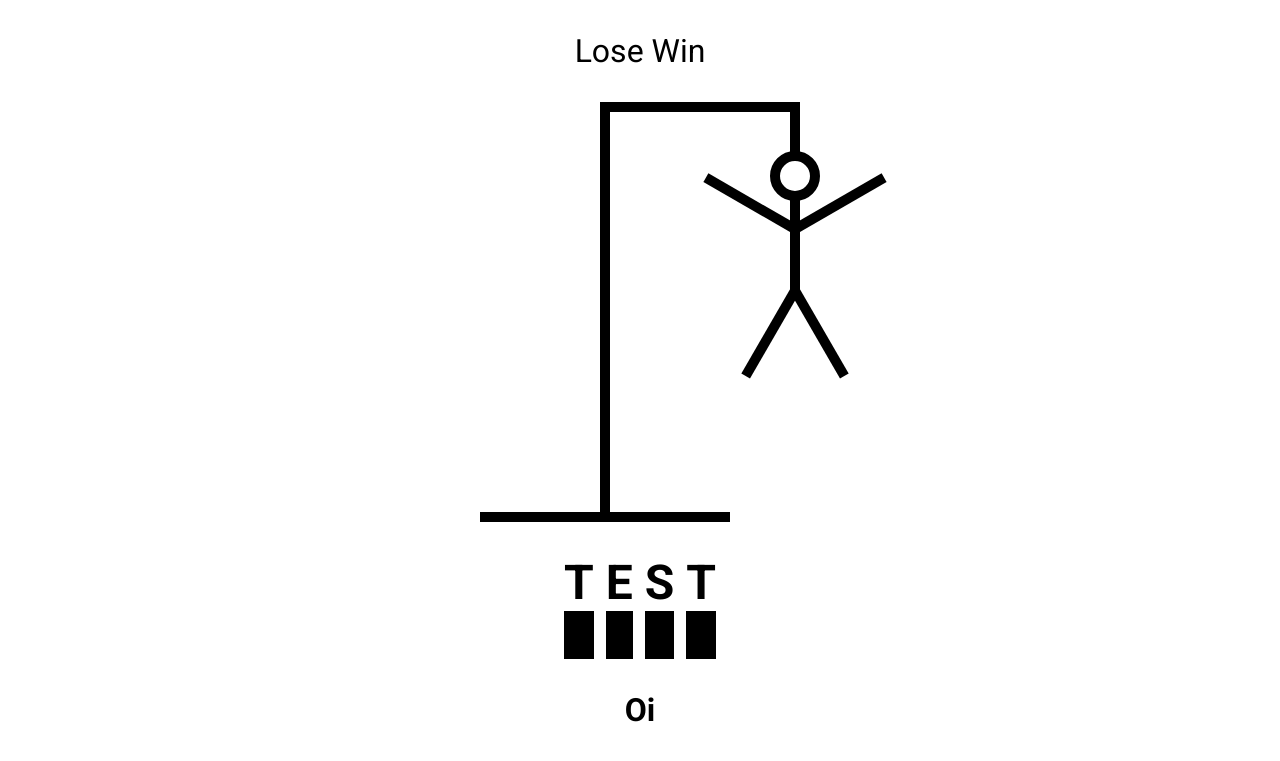
Repository: guilhermecardoso93/jogodaforca
Page: /
An editor plug-in stored every save of this project. The page is shown before and after the next save, followed by the edit.
The browser window is 1280 px wide. The pictures show the whole page.
The project was rebuilt for these pictures with package versions that can differ from the ones it lists, and the page was loaded fresh each time. Also part of the build but not shown: vite.config.ts.

Above is the page before, as saved 2022-12-06 21:13:44.

### index.html
<!DOCTYPE html>
<html lang="en">
  <head>
    <meta charset="UTF-8" />
    <link rel="icon" type="image/svg+xml" href="/vite.svg" />
    <meta name="viewport" content="width=device-width, initial-scale=1.0" />
    <link rel="preconnect" href="https://fonts.googleapis.com"><link
      rel="preconnect" href="https://fonts.gstatic.com" crossorigin><link
      href="https://fonts.googleapis.com/css2?family=Roboto:ital,wght@0,400;0,500;0,700;1,400&display=swap"
      rel="stylesheet">
    <title>Vite + React + TS</title>
  </head>
  <body>
    <div id="root"></div>
    <script type="module" src="/src/main.tsx"></script>
  </body>
</html>

### src/App.tsx
import { useState } from "react";
import words from "./wordList.json";

import { HangmanDrawing } from "./components/HangmanDrawing";
import { HangmanWord } from "./components/HangmanWord";
import { Keyboard } from "./components/Keyboard";

import "./App.css";

export function App() {
  const randomWords = () => {
    return words[Math.floor(Math.random() * words.length)];
  };

  const [wordToGuess, setWordToGuess] = useState(randomWords);
  const [guessedLetters, setGuessedLetters] = useState<string[]>([]);

  console.log(wordToGuess);
  return (
    <div className="container">
      <div className="loseOrWin">Lose Win</div>
      <HangmanDrawing />
      <HangmanWord />
      <Keyboard />
    </div>
  );
}

### src/wordList.json
[
  "capaz",
  "sobre",
  "absoluto",
  "aceitar",
  "conta",
  "alcançar",
  "através",
  "ativo",
  "real",
  "Admitem",
  "anunciar",
  "afetar",
  "proporcionar",
  "depois",
  "tarde",
  "novamente",
  "contra",
  "agente",
  "aceita",
  "permitir",
  "quase",
  "já",
  "tudo bem",
  "também",
  "Apesar",
  "sempre",
  "América",
  "quantia",
  "outro",
  "responda",
  "separado",
  "aparente",
  "aparecer",
  "Aplique",
  "nomear",
  "abordagem",
  "apropriado",
  "área",
  "argumentar",
  "arranjo",
  "associado",
  "presumir",
  "participar",
  "autoridade",
  "acessível",
  "consciente",
  "horrível",
  "bebê",
  "Saldo",
  "bola",
  "banco",
  "base",
  "base",
  "urso",
  "bater",
  "beleza",
  "Porque",
  "antes da",
  "começar",
  "acreditam",
  "beneficiar",
  "melhor",
  "entre",
  "conta",
  "nascimento",
  "Preto",
  "cara",
  "sangue",
  "golpe",
  "limite",
  "linha",
  "Lista",
  "ouço",
  "pequena",
  "viver",
  "carregar",
  "local",
  "trancar",
  "Londres",
  "grandes",
  "olhar",
  "senhor",
  "perder",
  "amor",
  "sorte",
  "almoço",
  "máquina",
  "faço",
  "gerir",
  "muitos",
  "marca",
  "mercado",
  "casar",
  "Combine",
  "matéria",
  "significa",
  "significado",
  "a medida",
  "encontrar",
  "membro",
  "menção",
  "meio",
  "poderia",
  "milha",
  "ouvir",
  "coração",
  "aquecer",
  "pesado",
  "inferno",
  "ajuda",
  "aqui",
  "Alto",
  "história",
  "aguarde",
  "feriado",
  "casa",
  "honesto",
  "esperança",
  "cavalo",
  "hospital",
  "hora",
  "lar",
  "Contudo",
  "olá",
  "centenas",
  "esposo",
  "idéia",
  "identificar",
  "Imagine",
  "importante",
  "melhorar",
  "incluir",
  "renda",
  "aumentar",
  "na verdade",
  "Individual",
  "indústria",
  "informar",
  "garantir",
  "interesse",
  "em",
  "introduzir",
  "investir",
  "envolver",
  "questão",
  "item",
  "Jesus",
  "Junte",
  "juiz",
  "pular",
  "apenas",
  "guarda",
  "matar",
  "Gentil",
  "rei",
  "cozinha",
  "bater",
  "conhecer",
  "trabalho",
  "senhora",
  "terra",
  "Língua",
  "ampla",
  "último",
  "tarde",
  "riso",
  "conduzir",
  "aprender",
  "sair",
  "deixei",
  "menos",
  "carta",
  "nível",
  "vida",
  "leve",
  "Curti",
  "provável",
  "cinco",
  "apartamento",
  "piso",
  "Segue",
  "Comida",
  "pé",
  "força",
  "esquecer",
  "Formato",
  "fortuna",
  "frente",
  "quatro",
  "França",
  "gratuitamente",
  "amigo",
  "a partir de",
  "frente",
  "cheio",
  "função",
  "fundo",
  "futuro",
  "jogos",
  "jardim",
  "em geral",
  "Alemanha",
  "menina",
  "dar",
  "vidro",
  "Boa",
  "adeus",
  "governo",
  "grande",
  "conceder",
  "excelente",
  "verde",
  "chão",
  "grupo",
  "crescer",
  "acho",
  "cabelo",
  "metade",
  "corredor",
  "mão",
  "pendurar",
  "acontecer",
  "feliz",
  "duro",
  "odiar",
  "tenho",
  "cabeça",
  "saúde"
]

### src/components/HangmanDrawing.tsx
const HEAD = (
  <div
    style={{
      width: "50px",
      height: "50px",
      borderRadius: "100%",
      border: "10px solid black",
      position: "absolute",
      top: "49px",
      right: "-20px",
    }}
  />
);

const BODY = (
  <div
    style={{
      width: "10px",
      height: "100px",
      background: "black",
      position: "absolute",
      top: "90px",
      right: 0,
    }}
  />
);

const RIGHT_ARM = (
  <div
    style={{
      width: "100px",
      height: "10px",
      background: "black",
      position: "absolute",
      top: "120px",
      right: "-100px",
      rotate: "-30deg",
      transformOrigin: "left bottom",
    }}
  />
);

const LEFT_ARM = (
  <div
    style={{
      width: "100px",
      height: "10px",
      background: "black",
      position: "absolute",
      top: "120px",
      right: "10px",
      rotate: "30deg",
      transformOrigin: "right bottom",
    }}
  />
);

const RIGHT_LEG = (
  <div
    style={{
      width: "100px",
      height: "10px",
      background: "black",
      position: "absolute",
      top: "180px",
      right: "-90px",
      rotate: "60deg",
      transformOrigin: "left bottom",
    }}
  />
);

const LEFT_LEG = (
  <div
    style={{
      width: "100px",
      height: "10px",
      background: "black",
      position: "absolute",
      top: "180px",
      right: 0,
      rotate: "-60deg",
      transformOrigin: "right bottom",
    }}
  />
);

const BODY_PARTS = [HEAD, BODY, RIGHT_ARM, LEFT_ARM, RIGHT_LEG, LEFT_LEG];

type HangmanDrawingProps = {
  numberOfGuesses: number
}

export function HangmanDrawing() {
  return (
    <div style={{ position: "relative" }}>
      {BODY_PARTS}
      <div
        style={{
          height: "50px",
          width: "10px",
          background: "black",
          position: "absolute",
          top: 0,
          right: 0,
        }}
      />
      <div
        style={{
          height: "10px",
          width: "200px",
          background: "black",
          marginLeft: "120px",
        }}
      />
      <div
        style={{
          height: "400px",
          width: "10px",
          background: "black",
          marginLeft: "120px",
        }}
      />
      <div style={{ height: "10px", width: "250px", background: "black" }} />
    </div>
  );
}

### src/components/HangmanWord.tsx
import "../App.css";

export function HangmanWord() {
  const word = 'test'
  return (
    <div className="HangmanWordContainer">
      {
        word.split('').map((letter, index) => (
          <span>{letter}</span>
        ))}
    </div>
  )
}

### src/components/Keyboard.tsx
export function Keyboard() {
  return (
    <div>
      <h1>Oi</h1>
    </div>
  )
}

### src/App.css
* {
  margin: 0;
  passing: 0;
  box-sizing: border-box;
  font-family: "Roboto", sans-serif;
}

body {
  margin: 2rem;
}

.container {
  max-width: 800px;
  display: flex;
  flex-direction: column;
  gap: 2rem;
  margin: 0 auto;
  align-items: center;
  justify-content: center;
}

.loseOrWin {
  font-size: 2rem;
  text-align: center;
}

.HangmanWordContainer {
  display: flex;
  gap: 0.25em;
  font-size: 3rem;
  font-weight: bold;
  text-transform: uppercase;
}

.HangmanWordContainer > span {
  border-bottom: 1em solid black;
}

Loaded but not shown: src/main.tsx (common file)

After the next save:
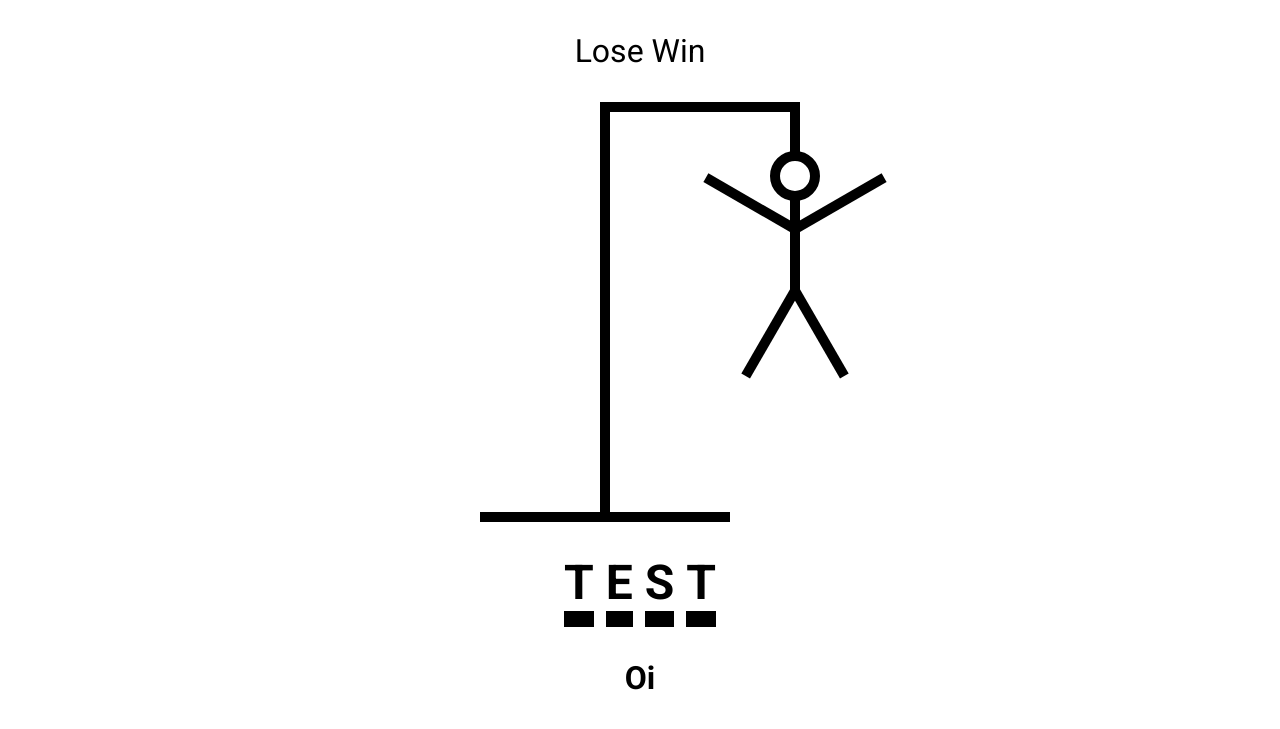
Saved 9 s later.
--- a/src/App.css
+++ b/src/App.css
@@ -33,5 +33,5 @@ body {
 }
 
 .HangmanWordContainer > span {
-  border-bottom: 1em solid black;
+  border-bottom: 1rem solid black;
 }
